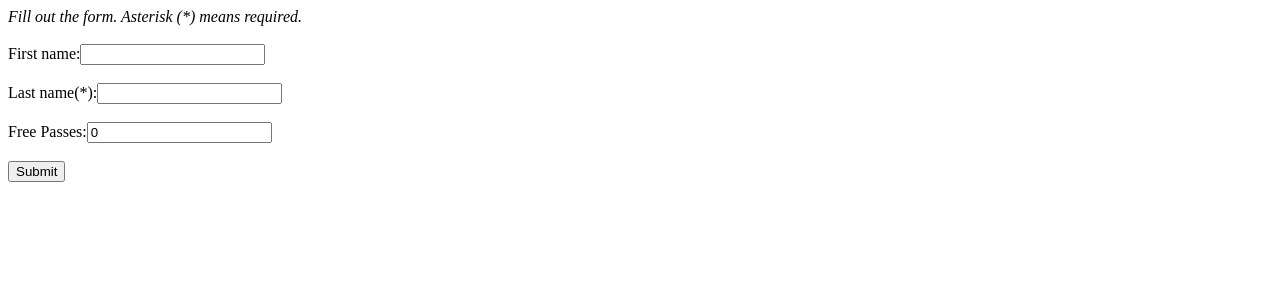
Repository: shravankumarsingh91/mydemoproject
Page: http://localhost/spring-mvc-demo/customer/showForm
These files come from the project's save history. The page is drawn as it stood at one moment and after the next save; the edit follows.
The browser window is 1280 px wide. The pictures show the whole page.
The page is served by Tomcat 9.

Above is the page before, as saved 2019-09-19 19:40:07.

After the next save:
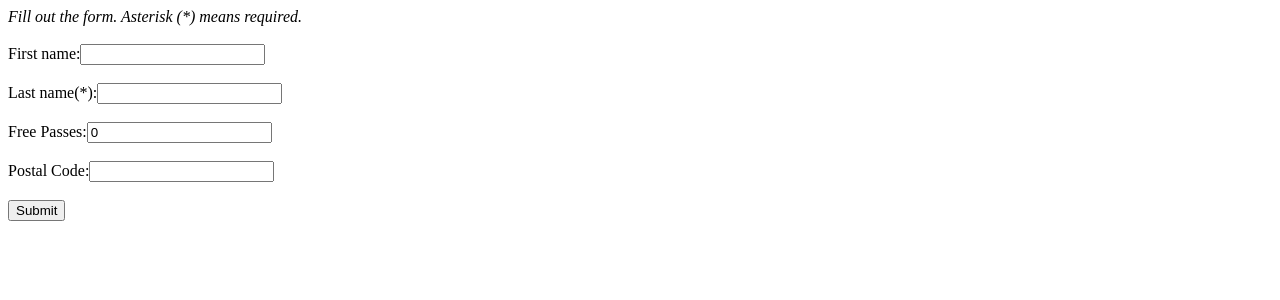
Saved 66 s later.
--- a/spring-mvc-demo/WebContent/WEB-INF/view/customer-form.jsp
+++ b/spring-mvc-demo/WebContent/WEB-INF/view/customer-form.jsp
@@ -41,6 +41,12 @@ Free Passes:<form:input path="freePasses" />
 		<form:errors path="freePasses" cssClass="error" />
 		<br>
 		<br>
+
+Postal Code:<form:input path="postalCode" />
+
+		<form:errors path="postalCode" cssClass="error" />
+		<br>
+		<br>
 		<input type="submit" value="Submit" />
 	</form:form>
 
